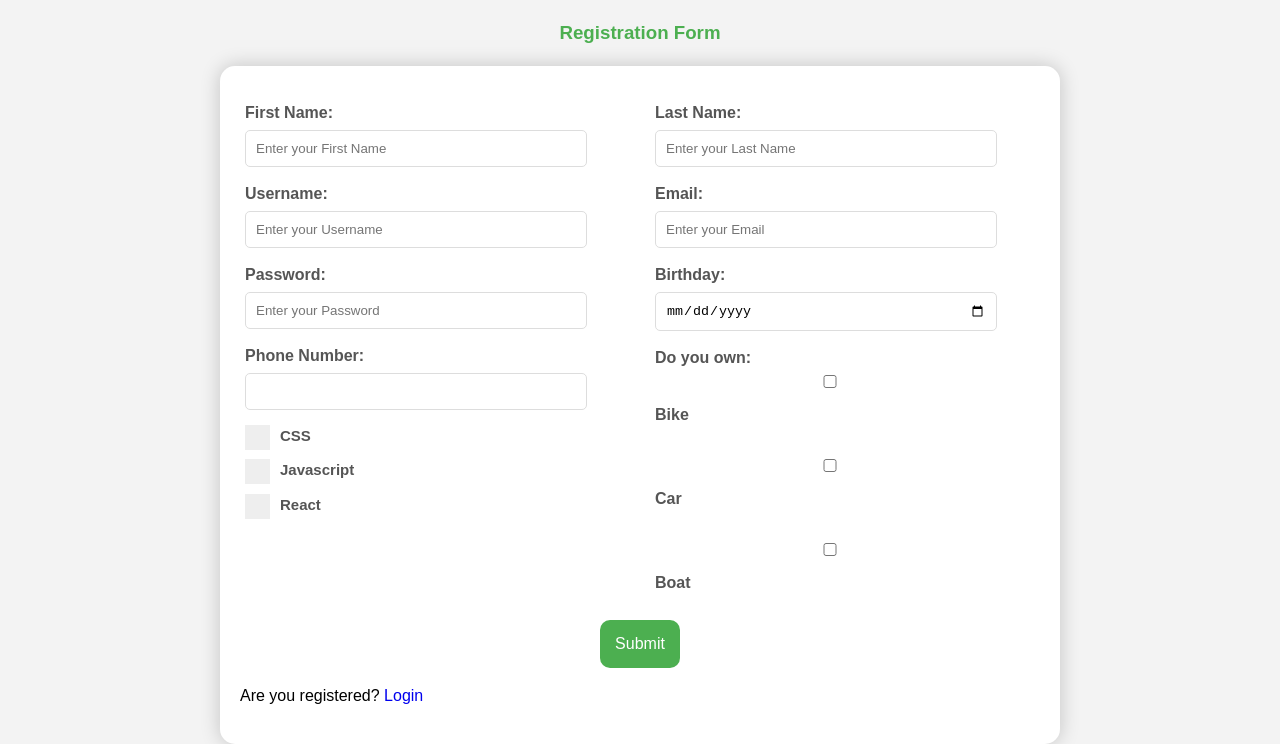
Repository: alizey12/Regestratin-Form-js
Page: regester.html
An editor plug-in stored every save of this project. The page is shown before and after the next save, followed by the edit.
The browser window is 1280 px wide. The pictures show the whole page.

Above is the page before, as saved 2024-11-29 18:47:52.

### regester.html
<!DOCTYPE html>
<html lang="en">
<head>
    <meta charset="UTF-8">
    <meta name="viewport" content="width=device-width, initial-scale=1.0">
    <link rel="stylesheet" href="regester.css">
    <title>Registration Form</title>
</head>
<body>
    <h3>Registration Form</h3>
    <div class="main">
        <form action="">
            <div class="grid-container">
                <div>
                    <label for="first">First Name:</label>
                    <input type="text" id="first" name="first" placeholder="Enter your First Name" required>

                    <label for="username">Username:</label>
                    <input type="text" id="username" name="username" placeholder="Enter your Username" required>

                    <label for="password">Password:</label>
                    <input type="password" id="password" name="password" placeholder="Enter your Password" required>

                    <label for="quantity">Phone Number:</label>
                    <input type="number" id="quantity" name="quantity" min="1" max="15">

                    <label class="container">
                        <input type="checkbox" checked="checked">
                        <span class="checkmark"></span>
                      </label>

                      <label class="container">CSS
                        <input type="checkbox">
                        <span class="checkmark"></span>
                      </label>

                      <label class="container">Javascript
                        <input type="checkbox">
                        <span class="checkmark"></span>
                      </label>

                      <label class="container">React
                        <input type="checkbox">
                        <span class="checkmark"></span>
                      </label>


                </div>
                <div>
                    <label for="second">Last Name:</label>
                    <input type="text" id="second" name="second" placeholder="Enter your Last Name" required>

                    <label for="email">Email:</label>
                    <input type="email" id="email" name="email" placeholder="Enter your Email" required>

                    <label for="birthday">Birthday:</label>
                    <input type="date" id="birthday" name="birthday">

                    <label>Do you own:</label>
                    <input type="checkbox" id="vehicle1" name="vehicle1" value="Bike">
                    <label for="vehicle1">Bike</label><br>
                    <input type="checkbox" id="vehicle2" name="vehicle2" value="Car">
                    <label for="vehicle2">Car</label><br>
                    <input type="checkbox" id="vehicle3" name="vehicle3" value="Boat">
                    <label for="vehicle3">Boat</label>
                </div>
            </div>
            <div class="wrap">
                <button type="submit">Submit</button>
            </div>
        </form>
        <p>Are you registered?
            <a href="signin.html" style="text-decoration: none;">Login</a>
        </p>
    </div>
</body>
</html>

### regester.css
body {
    display: flex;
    align-items: center;
    justify-content: center;
    font-family: sans-serif;
    line-height: 1.5;
    min-height: 100vh;
    background: #f3f3f3;
    flex-direction: column;
    margin: 0;
}

.main {
    background-color: #fff;
    border-radius: 15px;
    box-shadow: 0 0 20px rgba(0, 0, 0, 0.2);
    padding: 20px;
    transition: transform 0.2s;
    width: 800px;
}

h3 {
    color: #4CAF50;
    text-align: center;
}

label {
    display: block;
    margin-top: 10px;
    margin-bottom: 5px;
    text-align: left;
    color: #555;
    font-weight: bold;
}

input {
    display: block;
    width: 90%;
    margin-bottom: 15px;
    padding: 10px;
    box-sizing: border-box;
    border: 1px solid #ddd;
    border-radius: 5px;
}

button {
    padding: 15px;
    border-radius: 10px;
    margin-top: 15px;
    border: none;
    color: white;
    cursor: pointer;
    background-color: #4CAF50;
    font-size: 16px;
}

.wrap {
    display: flex;
    justify-content: center;
    align-items: center;
}

.grid-container {
    display: grid;

    grid-template-columns: 1fr 1fr;
    gap: 20px;
}

.grid-container div {
    padding: 5px;
}


/* Customize the label (the container) */
.container {
    display: block;
    position: relative;
    padding-left: 35px;
    margin-bottom: 12px;
    cursor: pointer;
    font-size: 15px;
    -webkit-user-select: none;
    -moz-user-select: none;
    -ms-user-select: none;
    user-select: none;
  }

  /* Hide the browser's default checkbox */
  .container input {
    position: absolute;
    opacity: 0;
    cursor: pointer;
    height: 0;
    width: 0;
  }

  /* Create a custom checkbox */
  .checkmark {
    position: absolute;
    top: 0;
    left: 0;
    height: 25px;
    width: 25px;
    background-color: #eee;
  }

  /* On mouse-over, add a grey background color */
  .container:hover input ~ .checkmark {
    background-color: #ccc;
  }

  /* When the checkbox is checked, add a blue background */
  .container input:checked ~ .checkmark {
    background-color: #279e63;
  }

  /* Create the checkmark/indicator (hidden when not checked) */
  .checkmark:after {
    content: "";
    position: absolute;
    display: none;
  }

  /* Show the checkmark when checked */
  .container input:checked ~ .checkmark:after {
    display: block;
  }

  /* Style the checkmark/indicator */
  .container .checkmark:after {
    left: 9px;
    top: 5px;
    width: 5px;
    height: 10px;
    border: solid white;
    border-width: 0 3px 3px 0;
    -webkit-transform: rotate(45deg);
    -ms-transform: rotate(45deg);
    transform: rotate(45deg);
  }

After the next save:
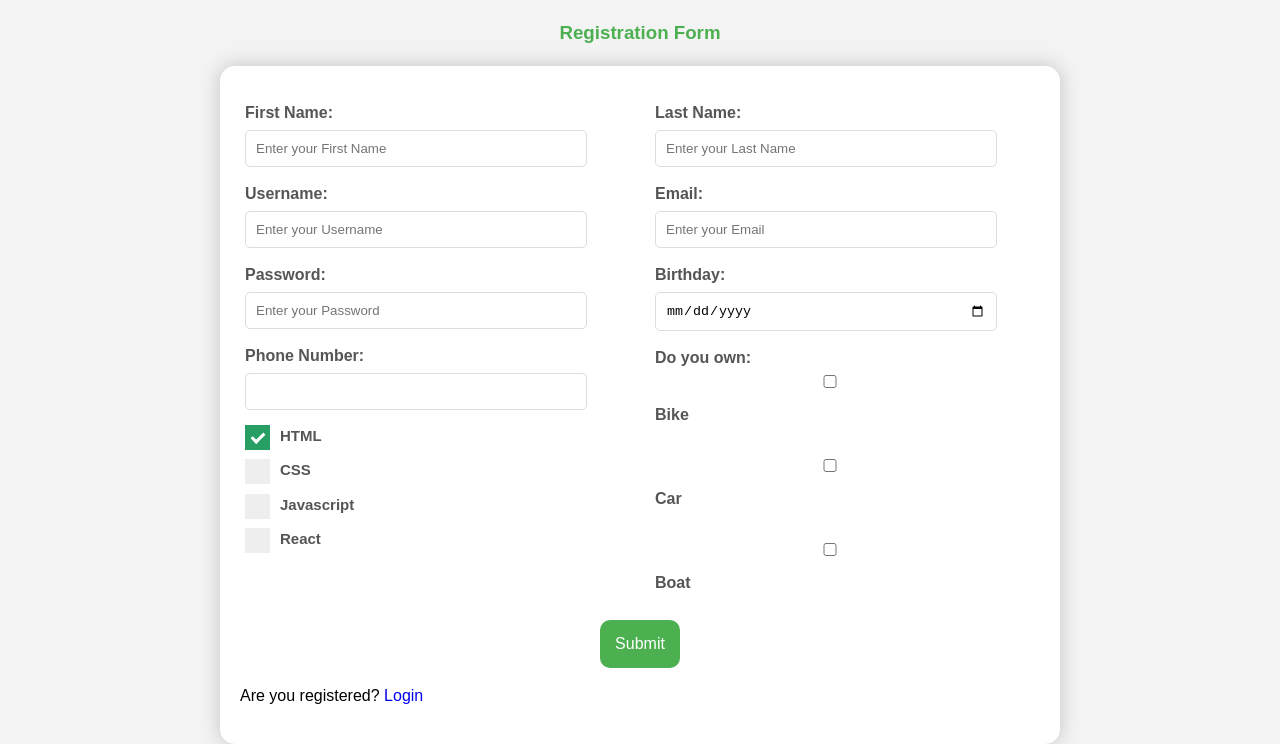
Saved 5 s later.
--- a/regester.html
+++ b/regester.html
@@ -24,7 +24,7 @@
                     <label for="quantity">Phone Number:</label>
                     <input type="number" id="quantity" name="quantity" min="1" max="15">
 
-                    <label class="container">
+                    <label class="container">HTML
                         <input type="checkbox" checked="checked">
                         <span class="checkmark"></span>
                       </label>
